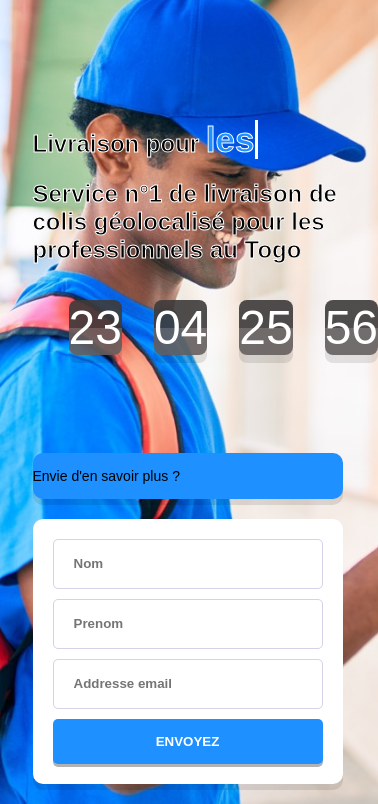
Repository: lawalalao/landpage
Page: index.html
The author's editor kept a copy of each file at every save. The page is drawn from the files as they stood at one save, then again after the next save.
The browser window is 375 px wide. The page is 378 px wide, then 375 px, so the pictures cover 378 px, including what lies to the right of the window. The pictures show the whole page.
Some web fonts or font styles are not loaded; a fallback is used.

Above is the page before, as saved 2021-01-15 15:57:04.
Console error: TypeError: Cannot read properties of null (reading 'addEventListener')

### index.html
<!DOCTYPE html>
<html lang="en">
<head>
    <meta charset="UTF-8">
    <meta name="viewport" content="width=device-width, initial-scale=1.0">
    <link rel="shortcut icon" type="image/x-icon" href="./assets/icone.png">

    <link href="./assets/fontawesome-free-5.15.1-web/css/all.css" rel="stylesheet">
    <link rel="preconnect" href="https://fonts.gstatic.com">
    <link href="https://fonts.googleapis.com/css2?family=Allerta+Stencil&display=swap" rel="stylesheet">
    <link rel="stylesheet" href="style.css">
    <!-- Primary Meta Tags -->
<title>chapchap.tg</title>
<meta name="title" content="chapchap.tg">
<meta name="description" content="Service n°1 de livraison de colis géolocalisé pour les professionnels au Togo.comingsoon">

<!-- Open Graph / Facebook -->
<meta property="og:type" content="website">
<meta property="og:url" content="https://metatags.io/">
<meta property="og:title" content="chapchap.tg">
<meta property="og:description" content="Service n°1 de livraison de colis géolocalisé pour les professionnels au Togo.comingsoon">
<meta property="og:image" content="https://metatags.io/assets/meta-tags-16a33a6a8531e519cc0936fbba0ad904e52d35f34a46c97a2c9f6f7dd7d336f2.png">

<!-- Twitter -->
<meta property="twitter:card" content="summary_large_image">
<meta property="twitter:url" content="https://metatags.io/">
<meta property="twitter:title" content="chapchap.tg">
<meta property="twitter:description" content="Service n°1 de livraison de colis géolocalisé pour les professionnels au Togo.comingsoon">
<meta property="twitter:image" content="https://metatags.io/assets/meta-tags-16a33a6a8531e519cc0936fbba0ad904e52d35f34a46c97a2c9f6f7dd7d336f2.png">
</head>
<body>

        <div class="nav" id="navbar">
            <nav class="navbar navbar-light bg-light">
            <a class="navbar-brand" href="#">
                <img src="./assets/logo.png" width="90" height="90" alt="logo" loading="lazy">
            </a>
            </nav>
            <div class="social">
                <a href="https://web.facebook.com/chapchap.tg" target="_blank" ><i class="fab fa-facebook-square"></i></a>
                <a href="https://www.instagram.com/chapchap_tg/" target="_blank"><i class="fab fa-instagram-square"></i></a>
                <a href="https://twitter.com/chapchap_tg" target="_blank"><i class="fab fa-twitter-square"></i></a>
                <a href="https://www.linkedin.com/company/chapchap-tg" target="_blank" ><i class="fab fa-linkedin"></i></a>
            </div>
        </div>

    <section class="signup">
        <div class="signup-intro">
            <h1 class="z">Livraison pour
                <span class="txt-type" data-wait="500" data-words='["les colis", "les plis", "les marchandises", "le retail", "le dernier Kilometre"]'></span>
            </h1>
            <h1 class="x">Service n°1 de livraison de colis géolocalisé pour les professionnels au Togo</h1>
            <div class="countdown"></div>

        </div>

        <div class="signup-form">
            <div class="tryit-banner">
                <p>Envie d'en savoir plus ? </p>
            </div>

            <form action="https://formspree.io/f/xleollba" method="POST"">
                <input type="text" name="name" placeholder="Nom">
                <input type="text" name="name" placeholder="Prenom">
                <input type="email" name="_replyto"placeholder="Addresse email" required>

                <button class="button">Envoyez</button>

            </form>
        </div>
    </section>
</body>
<script src="./app.js"></script>
<script>  var prevScrollpos = window.pageYOffset;
      window.onscroll = function() {

      var currentScrollpos = window.pageYOffset;
      if(prevScrollpos > currentScrollpos) {
            document.getElementById("navbar").style.top = "0";
      } else {
            document.getElementById("navbar").style.top = "-400px";
      }

      prevScrollpos = currentScrollpos;

      }</script>
</html>

### style.css
body {
    font-family: 'Allerta Stencil',
    sans-serif;
    max-width: 310px;
    margin: 0 auto;
    padding: 20px 20px;
    background: url("./assets/image.jpeg") center no-repeat;
    background-repeat: no-repeat;
    background-size: cover;
    color: Black;

}
.social i{
    color:#1E90FF;
    font-size:25px;
}

.social i:hover {
    color: rgb(25, 29, 238);
}
.nav {
    margin-top: 30px;
    position: fixed;
    z-index: 1000;
    top: 0;
    right: 30px;
    left: 40px;
    height: 35px;
    display: flex;
    flex-direction: row;
    justify-content: space-between;
    align-items: center;
    padding: 0 25px 0 25px;
    background-color: transparent;
    transition: top 0.3s;


}

.z{
    margin-top: 100px;
}
.nav a {
    float: left;
    font-size: 28px;
    font-weight: bold;
    margin-left: 25px;
    color: black;
    text-decoration: none;

}
.txt-type>.txt {
    font-size: 35px;
    color: #1E90FF;
    border-right: 0.2rem solid white;
}
h1{
    -webkit-text-stroke: 1px white;
    color:black;
}
p {
    font-size: 14px;
}

.tryit-banner {
    background-color:#1E90FF;
    border-radius: 10px;
    margin-top: 50px;
    box-shadow: 0px 6px 0px rgba(0, 0, 0, 0.1);
    font-size: 14px;
}

.tryit-banner p {
    padding: 15px 0;
}

input, button {
    font-family: 'Allerta Stencil',
    sans-serif;
}

form {
    background-color: #fff;
    margin-top: 20px;
    display: flex;
    flex-direction: column;
    padding: 20px;
    border-radius: 10px;
    box-shadow: 0px 6px 0px rgba(0, 0, 0, 0.1);
}

input {
    box-sizing: border-box;
    width: 100%;
    height: 50px;
    padding-left: 20px;
    font-weight: 600;
    border: 1px solid hsl(245, 35%, 87%);
    border-radius: 5px;
    margin-bottom: 10px;
    transition: 0.1s;
}

input:hover {
    border: 1px solid hsl(246, 25%, 77%);
}

.button {
    background-color:#1E90FF;
    font-family: 'Allerta Stencil',
    sans-serif;
    border: none;
    border-radius: 5px;
    box-shadow: 0px 3px 0px rgba(0, 0, 0, 0.3);
    padding: 15px 0;
    text-transform: uppercase;
    color: #fff;
    font-weight: 600;
    transition: 0.5s;
}

.button:hover {
    background-color:#042b52;
}

.form-disclaimer {
    color: hsl(246, 25%, 77%);
    font-size: 10px;
}

.terms {
    text-decoration: none;
    font-weight: 600;
    color: hsl(0, 100%, 74%);
}
.countdown {

    display: flex;
    margin-left: -30px;
    font-size: 30px;
    font-weight: 200;
}

.countdown div {

    background: linear-gradient(to bottom,
            rgba(61, 58, 58, 0.9) 50%,
            rgba(99, 93, 93, 0.9) 0);
    color: white;
    margin: 1rem 1rem 3rem 1rem;
    font-size: 3rem;
    font-weight: 400;
    display: flex;
    justify-content: center;
    align-items: center;
    box-shadow: 0px 8px 0px rgba(0, 0, 0, 0.1);
    border-radius: 8px;
    position: relative;
}

.countdown div::before {
    content: "";
    position: absolute;
    height: 0.24rem;
    background-color: #17181b;
}

.countdown div::after {
    content: attr(data-content);
    font-size: 6rem;
    font-weight: 400;
    position: absolute;
    bottom: -6rem;
}

@media screen and (max-width: 480px) {
    .countdown {
        font-size: 25px;
        display: flex;
       margin-left: 20px;
    .social{
        display: inline;
        margin-left: 80px;
    }
    .navbar-brand img {
        margin-top: 15px;
        margin-left: -60px;
    }
    .signup{
        text-align: center;
    }

    .countdown div {
        display: flex;
        margin: 1rem 1rem 1rem 1rem;
        font-size: 2rem;
        flex-direction: column;

    }

    .countdown div::after {
        font-size: 2rem;
        display: flex;
        flex-direction: column;
        width: 60%;

    }
}

@media screen and (min-width: 768px) {
    .countdown {
        font-size: 56px;
    }

    .countdown {
        font-size: 25px;
        display: flex;
    }

    .countdown div {
        display: flex;
        margin: 1rem 1rem 1rem 1rem;
        font-size: 3rem;
        flex-direction: column;
    }

    .countdown div::after {
        font-size: 2.2rem;
        display: flex;
        flex-direction: column;
        width: 60%;
    }

    .signup {
        text-align: center;
    }
}

@media screen and (min-width: 1024px) {
    header .content .countdown {
        font-size: 72px;

    }
}

@media screen and (min-width: 1280px) {
    .content .countdown {
        font-size: 56px;
    }
}
@media screen and (min-width: 900px) {
    .nav{
        height: 80px;
    }
    .nav a {
        float: left;
        font-size: 40px;
        font-weight: bold;
        margin-left: 25px;
        color: black;
        text-decoration: none;

    }
    .signup {
        display: flex;
        justify-content: space-between;
    }

    .signup-intro {
        margin-top: 25px;
        width: 100%;
        margin-left: 10px;
        display: flex;
        flex-direction: column;
        justify-content: center;
        text-align: left;
    }

    .signup-form {
        width: 46%;
        font-family: 'Allerta Stencil',
        sans-serif;
        margin-top: 10px;
    }
    form {
        padding: 30px;
    }

    body {
        margin:100px auto;
        max-width: 1000px;
        padding: 40px 20px;
        background: url("./assets/image.jpeg") ;
        background-repeat: no-repeat;
        background-size: cover;
        font-family: 'Allerta Stencil',
        sans-serif;
    }

    h1 {
        font-size:45px;
        margin-bottom: 0px;
        -webkit-text-stroke: 1px white;
        color:black;
    }

    p {
        font-size: 20px;
    }
}

### app.js
const countdown = document.querySelector(".countdown");

const interval = setInterval(() => {
  const deadline = new Date(2021,01, 05, 00, 00, 00);

  const current = new Date();

  const diff = deadline - current;

  const days = Math.floor(diff / (1000 * 60 * 60 * 24)) + "";
  const hours = Math.floor((diff / (1000 * 60 * 60)) % 24) + "";
  const minutes = Math.floor((diff / (1000 * 60)) % 60) + "";
  const seconds = Math.floor((diff / 1000) % 60) + "";

  countdown.innerHTML = `
    <div data-content="">${days.length === 1 ? `0${days}` : days}</div>
    <div data-content="">${hours.length === 1 ? `0${hours}` : hours}</div>
    <div data-content="">${
      minutes.length === 1 ? `0${minutes}` : minutes
    }</div>
    <div data-content="">${
      seconds.length === 1 ? `0${seconds}` : seconds
    }</div>
`;

  if (diff < 0) {
    clearInterval(interval);
    countdown.innerHTML = "<h1>Here We Go!!!</h1>";
  }

  document.querySelector(".reset").addEventListener("click", () => {
    clearInterval(interval);

    const divs = document.querySelectorAll(".countdown div");

    divs.forEach((div) => {
      div.innerHTML = "00";
    });
  });
}, 1000);


// ES6 Class
class TypeWriter {
  constructor(txtElement, words, wait = 3000) {
    this.txtElement = txtElement;
    this.words = words;
    this.txt = '';
    this.wordIndex = 0;
    this.wait = parseInt(wait, 10);
    this.type();
    this.isDeleting = false;
  }

  type() {
    // Current index of word
    const current = this.wordIndex % this.words.length;
    // Get full text of current word
    const fullTxt = this.words[current];

    // Check if deleting
    if(this.isDeleting) {
      // Remove char
      this.txt = fullTxt.substring(0, this.txt.length - 1);
    } else {
      // Add char
      this.txt = fullTxt.substring(0, this.txt.length + 1);
    }

    // Insert txt into element
    this.txtElement.innerHTML = `<span class="txt">${this.txt}</span>`;

    // Initial Type Speed
    let typeSpeed = 300;

    if(this.isDeleting) {
      typeSpeed /= 2;
    }

    // If word is complete
    if(!this.isDeleting && this.txt === fullTxt) {
      // Make pause at end
      typeSpeed = this.wait;
      // Set delete to true
      this.isDeleting = true;
    } else if(this.isDeleting && this.txt === '') {
      this.isDeleting = false;
      // Move to next word
      this.wordIndex++;
      // Pause before start typing
      typeSpeed = 500;
    }

    setTimeout(() => this.type(), typeSpeed);
  }
}


// Init On DOM Load
document.addEventListener('DOMContentLoaded', init);

// Init App
function init() {
  const txtElement = document.querySelector('.txt-type');
  const words = JSON.parse(txtElement.getAttribute('data-words'));
  const wait = txtElement.getAttribute('data-wait');
  // Init TypeWriter
  new TypeWriter(txtElement, words, wait);
}

Loaded but not shown: assets/fontawesome-free-5.15.1-web/css/all.css (library)

After the next save:
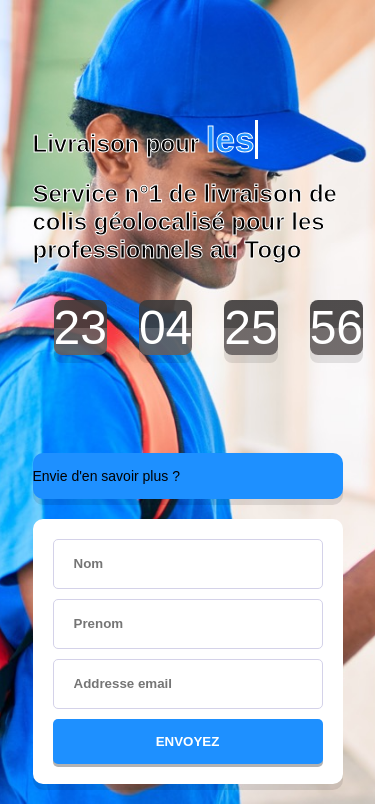
Saved 8 s later.
--- a/style.css
+++ b/style.css
@@ -177,7 +177,7 @@ input:hover {
     .countdown {
         font-size: 25px;
         display: flex;
-       margin-left: 20px;
+       margin-left: 5px;
     .social{
         display: inline;
         margin-left: 80px;
